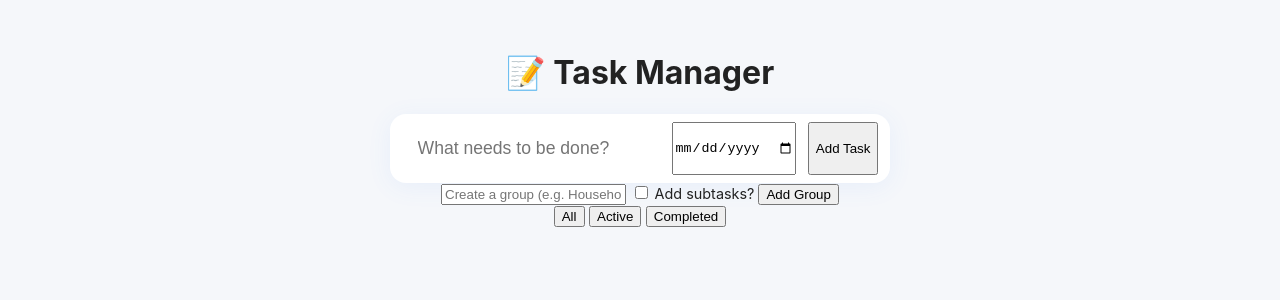
Repository: kirankumarwq/On-Time
Page: index.html
An editor plug-in stored every save of this project. The page is shown before and after the next save, followed by the edit.
The browser window is 1280 px wide. The pictures show the whole page.

Above is the page before, as saved 2025-06-09 17:41:35.

### index.html
<!DOCTYPE html>
<html lang="en">
<head>
  <meta charset="UTF-8">
  <meta name="viewport" content="width=device-width, initial-scale=1">
  <title>Task Manager MVP</title>
  <link rel="stylesheet" href="style.css">
</head>
<body>
  <main class="container">
    <h1>📝 Task Manager</h1>

    <!-- ✅ Normal Task Form -->
    <form id="task-form">
      <input type="text" id="task-input" placeholder="What needs to be done?" required>
      <input id="task-date" type="date" />
      <button type="submit">Add Task</button>
    </form>

    <!-- ✅ Group + Optional Subtasks Form -->
    <form id="group-form">
      <input type="text" id="group-input" placeholder="Create a group (e.g. Household Work)" required>
      <label style="font-size: 0.9rem;">
        <input type="checkbox" id="with-subtasks">
        Add subtasks?
      </label>
      <button type="submit">Add Group</button>
    </form>

    <!-- Filters -->
    <div id="filters">
      <button onclick="setFilter('all')">All</button>
      <button onclick="setFilter('active')">Active</button>
      <button onclick="setFilter('completed')">Completed</button>
    </div>

    <!-- Task List Display -->
    <ul id="task-list"></ul>
  </main>

  <script src="script.js"></script>
</body>
</html>

### style.css
/* CSS for a modern, clean task management app */
/* Using CSS variables for easy theming and maintenance */
:root {
    --primary: #4F8CFF;
    --secondary: #F5F7FA;
    --accent: #FFD166;
    --danger: #FF5C5C;
    --text: #222;
    --bg: #fff;
    --radius: 16px;
    --shadow: 0 4px 24px rgba(79,140,255,0.08);
    --font-main: 'Inter', 'Segoe UI', Arial, sans-serif;
}
* {
    box-sizing: border-box;
}
body {
    font-family: var(--font-main);
    background: var(--secondary);
    color: var(--text);
    margin: 0;
    min-height: 100vh;
    display: flex;
    flex-direction: column;
}
header {
    background: var(--primary);
    color: #fff;
    padding: 2.5rem 1rem 1.5rem 1rem;
    text-align: center;
    border-radius: 0 0 var(--radius) var(--radius);
    box-shadow: var(--shadow);
}
header h1 {
    font-size: 2.5rem;
    font-weight: 800;
    margin: 0 0 0.5rem 0;
    letter-spacing: -1px;
}
header p {
    font-size: 1.15rem;
    font-weight: 400;
    margin: 0;
    opacity: 0.85;
}
main {
    flex: 1;
    display: flex;
    flex-direction: column;
    align-items: center;
    padding: 2rem 1rem;
}
#task-input-section {
    width: 100%;
    max-width: 480px;
    margin-bottom: 2rem;
}
#task-form {
    display: flex;
    gap: 0.75rem;
    background: var(--bg);
    border-radius: var(--radius);
    box-shadow: var(--shadow);
    padding: 0.5rem 0.75rem;
}
#task-input {
    flex: 1;
    padding: 1rem;
    border: none;
    border-radius: var(--radius);
    font-size: 1.1rem;
    background: transparent;
    outline: none;
    color: var(--text);
}
#add-task-btn {
    background: var(--primary);
    color: #fff;
    border: none;
    border-radius: var(--radius);
    padding: 0 1.5rem;
    font-size: 1.1rem;
    font-weight: 600;
    cursor: pointer;
    transition: background 0.2s, color 0.2s;
    box-shadow: 0 2px 8px rgba(79,140,255,0.10);
}
#add-task-btn:hover, #add-task-btn:focus {
    background: var(--accent);
    color: #222;
}
#tasks-section {
    width: 100%;
    max-width: 480px;
}
#task-list {
    list-style: none;
    padding: 0;
    margin: 0;
}
.task-item {
    background: var(--bg);
    margin-bottom: 1.25rem;
    padding: 1.1rem 1rem;
    border-radius: var(--radius);
    box-shadow: var(--shadow);
    display: flex;
    align-items: center;
    justify-content: space-between;
    transition: background 0.2s, box-shadow 0.2s;
    font-size: 1.08rem;
}
.task-item.completed {
    text-decoration: line-through;
    opacity: 0.55;
    background: #e9ecef;
}
.task-actions {
    display: flex;
    gap: 0.5rem;
}
.action-btn {
    background: none;
    border: none;
    cursor: pointer;
    font-size: 1.25rem;
    padding: 0.3rem 0.7rem;
    border-radius: var(--radius);
    transition: background 0.2s, color 0.2s;
    outline: none;
}
.action-btn.complete {
    color: var(--primary);
}
.action-btn.delete {
    color: var(--danger);
}
.action-btn:focus, .action-btn:hover {
    background: var(--secondary);
    color: var(--accent);
}
footer {
    text-align: center;
    padding: 1.2rem 0 1rem 0;
    background: #f9f9f9;
    color: #888;
    font-size: 1rem;
    border-radius: var(--radius) var(--radius) 0 0;
    box-shadow: 0 -2px 8px rgba(0,0,0,0.03);
}
body.landing {
    min-height: 100vh;
    display: flex;
    flex-direction: column;
    justify-content: space-between;
    align-items: center;
    background: var(--secondary);
    margin: 0;
}
.landing-header {
    width: 100%;
    text-align: center;
    margin-top: 12vh;
}
.landing-header h1 {
    font-size: 3rem;
    font-weight: 900;
    color: var(--primary);
    margin-bottom: 0.5rem;
    letter-spacing: -2px;
}
.landing-header p {
    font-size: 1.3rem;
    color: #444;
    opacity: 0.85;
    margin: 0;
}
.landing-main {
    flex: 1;
    display: flex;
    align-items: center;
    justify-content: center;
    width: 100%;
}
.start-btn {
    position: fixed;
    left: 50%;
    bottom: 7vh;
    transform: translateX(-50%);
    background: var(--primary);
    color: #fff;
    border: none;
    border-radius: 32px;
    padding: 1.1rem 3.5rem;
    font-size: 1.4rem;
    font-weight: 700;
    box-shadow: 0 6px 32px rgba(79,140,255,0.15);
    cursor: pointer;
    transition: background 0.2s, color 0.2s, box-shadow 0.2s;
    z-index: 10;
}
.start-btn:hover, .start-btn:focus {
    background: var(--accent);
    color: var(--text);
    box-shadow: 0 8px 40px rgba(255,209,102,0.18);
}
.landing-footer {
    width: 100%;
    text-align: center;
    padding: 1.2rem 0 1rem 0;
    background: #f9f9f9;
    color: #888;
    font-size: 1rem;
    border-radius: var(--radius) var(--radius) 0 0;
    box-shadow: 0 -2px 8px rgba(0,0,0,0.03);
    position: fixed;
    left: 0;
    bottom: 0;
}
@media (max-width: 600px) {
    main, #task-input-section, #tasks-section {
        padding: 1rem 0.2rem;
        max-width: 100%;
    }
    .task-item {
        flex-direction: column;
        align-items: flex-start;
        gap: 0.5rem;
        font-size: 1rem;
    }
    header h1 {
        font-size: 2rem;
    }
    .landing-header h1 {
        font-size: 2.1rem;
    }
    .start-btn {
        font-size: 1.1rem;
        padding: 0.9rem 2.2rem;
    }
}

Loaded but not shown: script.js (empty)

After the next save:
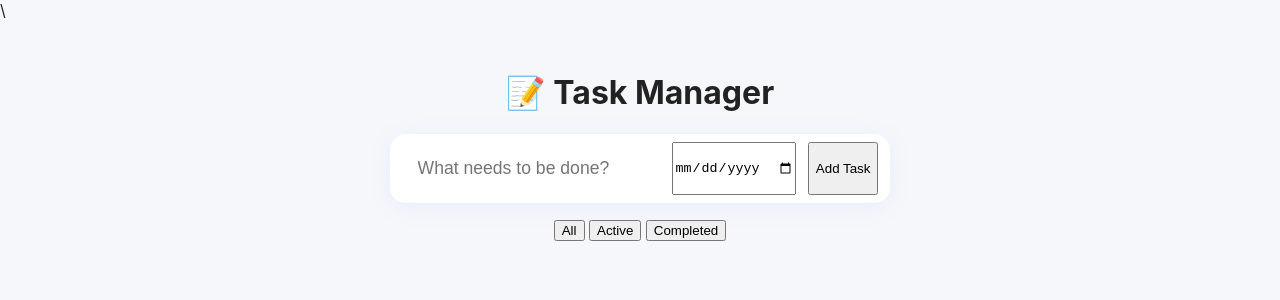
Saved 16 min 6 s later.
--- a/index.html
+++ b/index.html
@@ -1,40 +1,30 @@
-<!DOCTYPE html>
+\<!DOCTYPE html>
 <html lang="en">
 <head>
-  <meta charset="UTF-8">
-  <meta name="viewport" content="width=device-width, initial-scale=1">
+  <meta charset="UTF-8" />
+  <meta name="viewport" content="width=device-width, initial-scale=1" />
   <title>Task Manager MVP</title>
-  <link rel="stylesheet" href="style.css">
+  <link rel="stylesheet" href="style.css" />
 </head>
 <body>
   <main class="container">
     <h1>📝 Task Manager</h1>
 
-    <!-- ✅ Normal Task Form -->
+    <!-- Task Form -->
     <form id="task-form">
-      <input type="text" id="task-input" placeholder="What needs to be done?" required>
+      <input type="text" id="task-input" placeholder="What needs to be done?" required />
       <input id="task-date" type="date" />
       <button type="submit">Add Task</button>
     </form>
 
-    <!-- ✅ Group + Optional Subtasks Form -->
-    <form id="group-form">
-      <input type="text" id="group-input" placeholder="Create a group (e.g. Household Work)" required>
-      <label style="font-size: 0.9rem;">
-        <input type="checkbox" id="with-subtasks">
-        Add subtasks?
-      </label>
-      <button type="submit">Add Group</button>
-    </form>
-
     <!-- Filters -->
     <div id="filters">
-      <button onclick="setFilter('all')">All</button>
+      <button onclick="setFilter('all')" class="active">All</button>
       <button onclick="setFilter('active')">Active</button>
       <button onclick="setFilter('completed')">Completed</button>
     </div>
 
-    <!-- Task List Display -->
+    <!-- Task List -->
     <ul id="task-list"></ul>
   </main>
 
